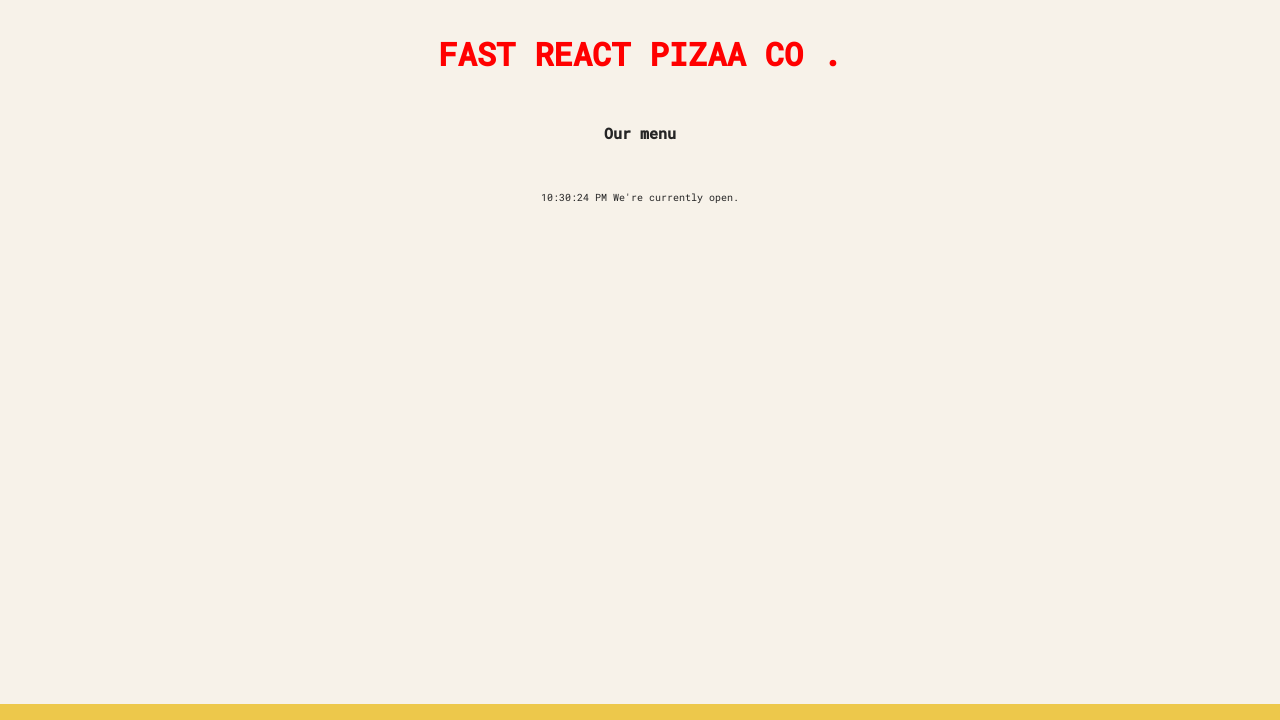
Repository: balaji-ummadisetty/reactPropsPractice
Page: /
An editor plug-in stored every save of this project. The page is shown before and after a run of saves, followed by the edit.
The browser window is 1280 px wide. The pictures show the whole page.
The project was rebuilt for these pictures with package versions that can differ from the ones it lists, and the page was loaded fresh each time. Also part of the build but not shown: vite.config.js.

Above is the page before, as saved 2024-05-08 22:46:40.

### src/App.jsx
import React from 'react';
import './App.css';
import { pizzaData } from './data.js';

function Pizza() {

    return (
        <>
            <img src ="/pizzas/funghi.jpg" alt='Pizaa Image' />
            <h2>Pizza</h2>
        </>
    );
}

const Header= ()=>{
    const styled = {color: 'red' , fontSize : '32px'};
       return (
        <header>
       <h1 style={styled}>FAST REACT PIZAA CO .</h1>
       </header>
    ) ;
}
const Menu =()=>{
    return (
        <div>
        <h2>Our menu</h2>
        </div>
    )
}
const Footer =()=>{
    const hour = new Date().getHours();
    const openHour = 12;
    const closeHour = 22;
    return <footer> {new Date().toLocaleTimeString()} We're currently {(hour>=openHour && hour<=closeHour) ? "open" : "close"}.</footer>

}
function App() {
    return (
        <div className="container">
            <Header />
            <Menu />
            <Footer />
        </div>
    );
}

export default App;

### src/data.js
export const pizzaData = [
  {
    name: "Focaccia",
    ingredients: "Bread with italian olive oil and rosemary",
    price: 6,
    photoName: "pizzas/focaccia.jpg",
    soldOut: false,
  },
  {
    name: "Pizza Margherita",
    ingredients: "Tomato and mozarella",
    price: 10,
    photoName: "pizzas/margherita.jpg",
    soldOut: false,
  },
  {
    name: "Pizza Spinaci",
    ingredients: "Tomato, mozarella, spinach, and ricotta cheese",
    price: 12,
    photoName: "pizzas/spinaci.jpg",
    soldOut: false,
  },
  {
    name: "Pizza Funghi",
    ingredients: "Tomato, mozarella, mushrooms, and onion",
    price: 12,
    photoName: "pizzas/funghi.jpg",
    soldOut: false,
  },
  {
    name: "Pizza Salamino",
    ingredients: "Tomato, mozarella, and pepperoni",
    price: 15,
    photoName: "pizzas/salamino.jpg",
    soldOut: true,
  },
  {
    name: "Pizza Prosciutto",
    ingredients: "Tomato, mozarella, ham, aragula, and burrata cheese",
    price: 18,
    photoName: "pizzas/prosciutto.jpg",
    soldOut: false,
  },
];

Loaded but not shown: index.html (common file); src/main.jsx (common file); src/index.css (common file); src/App.css (common file)

After the next 4 saves:
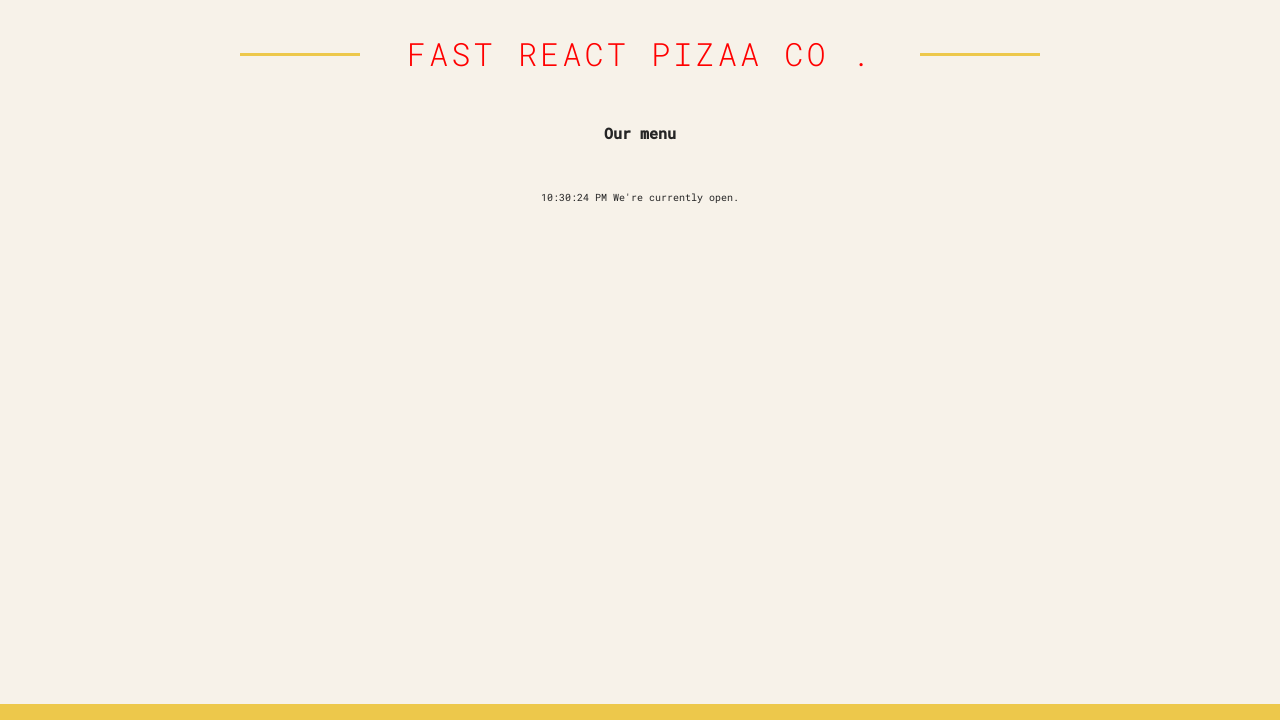
The 4 saves are shown as one change because they came seconds apart.
The last was saved 11 s later.
--- a/src/App.jsx
+++ b/src/App.jsx
@@ -15,7 +15,7 @@ function Pizza() {
 const Header= ()=>{
     const styled = {color: 'red' , fontSize : '32px'};
        return (
-        <header>
+        <header className='header'>
        <h1 style={styled}>FAST REACT PIZAA CO .</h1>
        </header>
     ) ;
